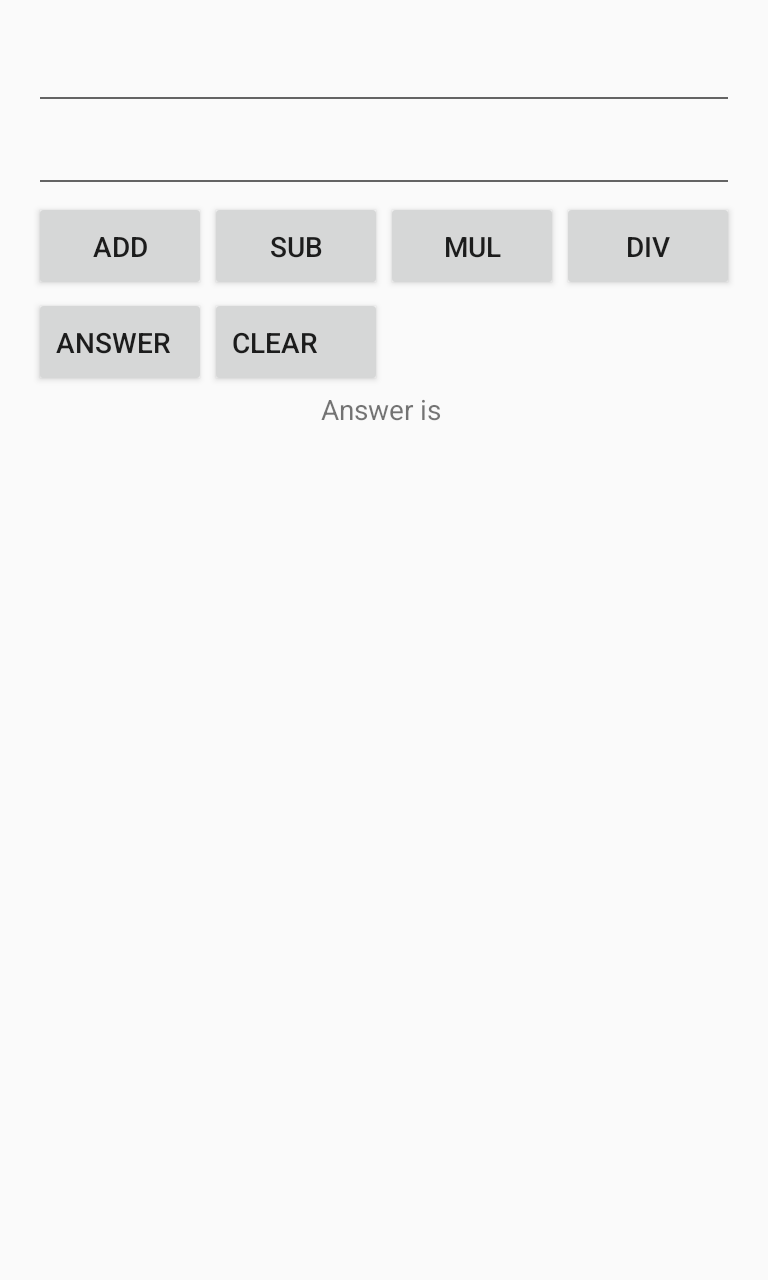
Repository: tamilkarun/Android
Layout: Calc/res/layout/fragment_main.xml
These files come from the project's save history. The layout is drawn as it stood at one moment and after the next save; the edit follows.
It is drawn on a 768 x 1280 px phone screen (xhdpi) without system bars, with theme AppTheme; the app's code is not run.

Above is the layout before, as saved 2014-05-14 06:22:04.

After the next save:
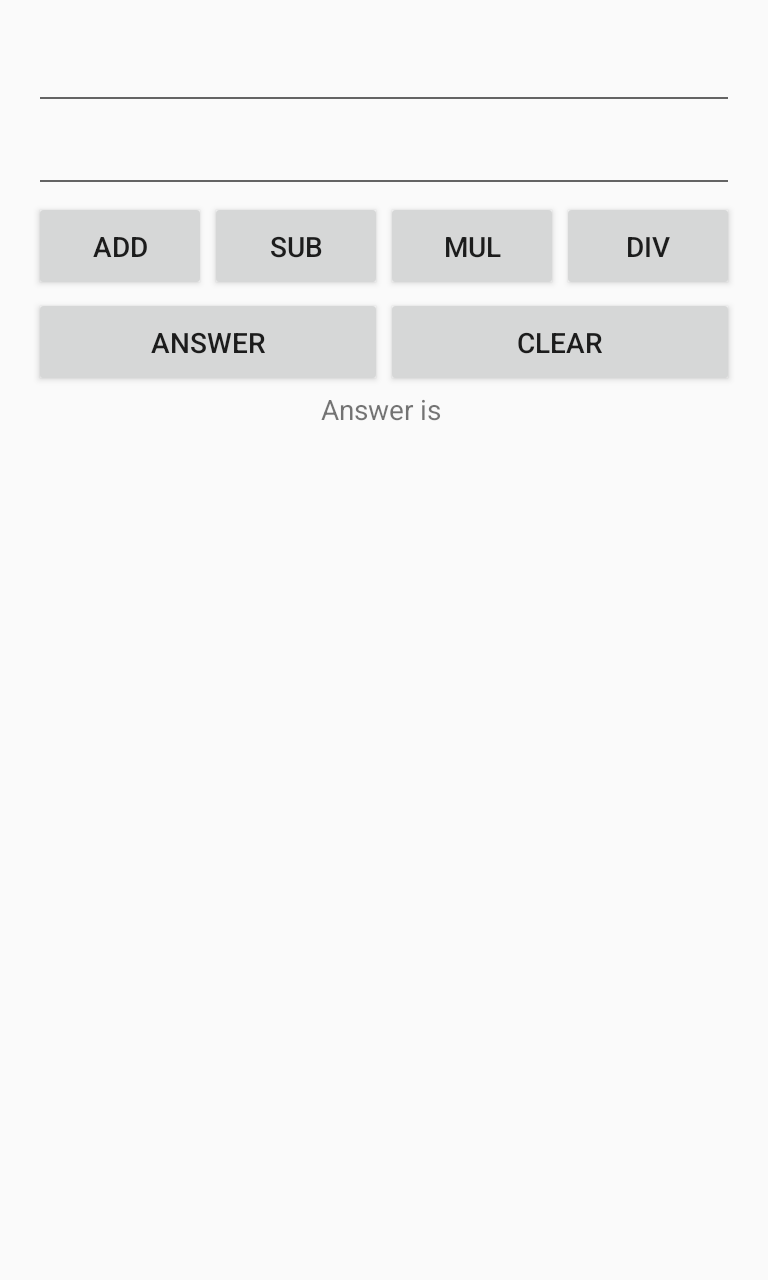
Saved 3 min 36 s later.
--- a/Calc/res/layout/fragment_main.xml
+++ b/Calc/res/layout/fragment_main.xml
@@ -74,18 +74,19 @@
 	    	android:layout_width="fill_parent"
         	android:layout_height="wrap_content"
         	android:orientation="horizontal"
+        	android:weightSum="100"
         	>
         <Button
             android:id="@+id/AnswerButton"
             android:layout_width="wrap_content"
             android:layout_height="wrap_content"
-            android:gravity="center_vertical"
+            android:layout_weight="50"
             android:text="Answer" />
         <Button
             android:id="@+id/ClearButton"
             android:layout_width="wrap_content"
             android:layout_height="wrap_content"
-            android:gravity="center_vertical"
+            android:layout_weight="50"
             android:text="Clear" />
 
         </LinearLayout>
